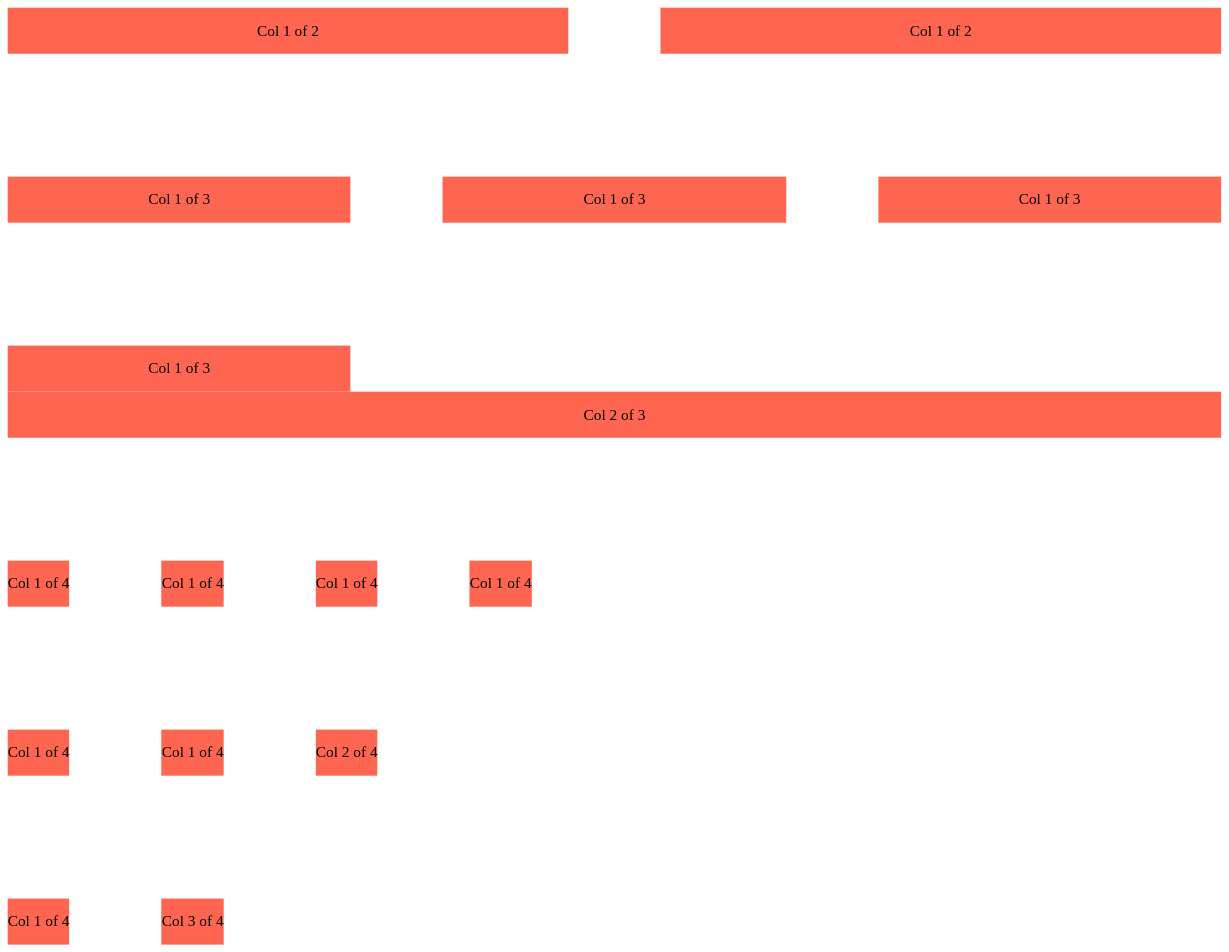
Repository: haokiet2501/grid-basic
Page: index.html
These files come from the project's save history. The page is drawn as it stood at one moment and after the next save; the edit follows.
The browser window is 1280 px wide. The pictures show the whole page, at 96% of full size.

Above is the page before, as saved 2022-08-11 18:56:29.

### index.html
<!DOCTYPE html>
<html lang="en">
<head>
    <meta charset="UTF-8">
    <meta http-equiv="X-UA-Compatible" content="IE=edge">
    <meta name="viewport" content="width=device-width, initial-scale=1.0">
    <link rel="stylesheet" href="styles.css">
    <title>GRID BASIC</title>
</head>
<body>
    <section class="grid-test">
        <div class="row">
            <div class="col-1-of-2">
                Col 1 of 2
            </div>
            <div class="col-1-of-2">
                Col 1 of 2
            </div>
        </div>

        <div class="row">
            <div class="col-1-of-3">
                Col 1 of 3
            </div>
            <div class="col-1-of-3">
                Col 1 of 3
            </div>
            <div class="col-1-of-3">
                Col 1 of 3
            </div>
        </div>

        <div class="row">
            <div class="col-1-of-3">
                Col 1 of 3
            </div>
            <div class="col-2-of-3">
                Col 2 of 3
            </div>
        </div>

        <div class="row">
            <div class="col-1-of-4">
                Col 1 of 4
            </div>
            <div class="col-1-of-4">
                Col 1 of 4
            </div>
            <div class="col-1-of-4">
                Col 1 of 4
            </div>
            <div class="col-1-of-4">
                Col 1 of 4
            </div>
        </div>

        <div class="row">
            <div class="col-1-of-4">
                Col 1 of 4
            </div>
            <div class="col-1-of-4">
                Col 1 of 4
            </div>
            <div class="col-2-of-4">
                Col 2 of 4
            </div>
        </div>

        <div class="row">
            <div class="col-1-of-4">
                Col 1 of 4
            </div>
            <div class="col-3-of-4">
                Col 3 of 4
            </div>
        </div>

    </section>
</body>
</html>

### styles.css
:root {
    --grid-width: 114rem;
    --gutter-vertical: 8rem;
    --gutter-horizonal: 6rem
}

.row {
    max-width: var(--grid-width);
    margin: 0 auto;
}

.row::after {
    content: "";
    display: table;
    clear: both;
}

.row:not(:last-child) {
    margin-bottom: var(--gutter-vertical);
}

[class^='col-'] {
    background-color: #FF6651;
    float: left;
    padding: 15px 0;
    text-align: center;
}

[class^='col-']:not(:last-child) {
    margin-right: var(--gutter-horizonal);
}

.col-1-of-2 {
    width: calc((100% - var(--gutter-horizonal)) / 2);
}

.col-1-of-3 {
    width: calc((100% - 2 * var(--gutter-horizonal)) / 3);
}

.col-2-of-3 {
    width: calc((100% ));
}

After the next save:
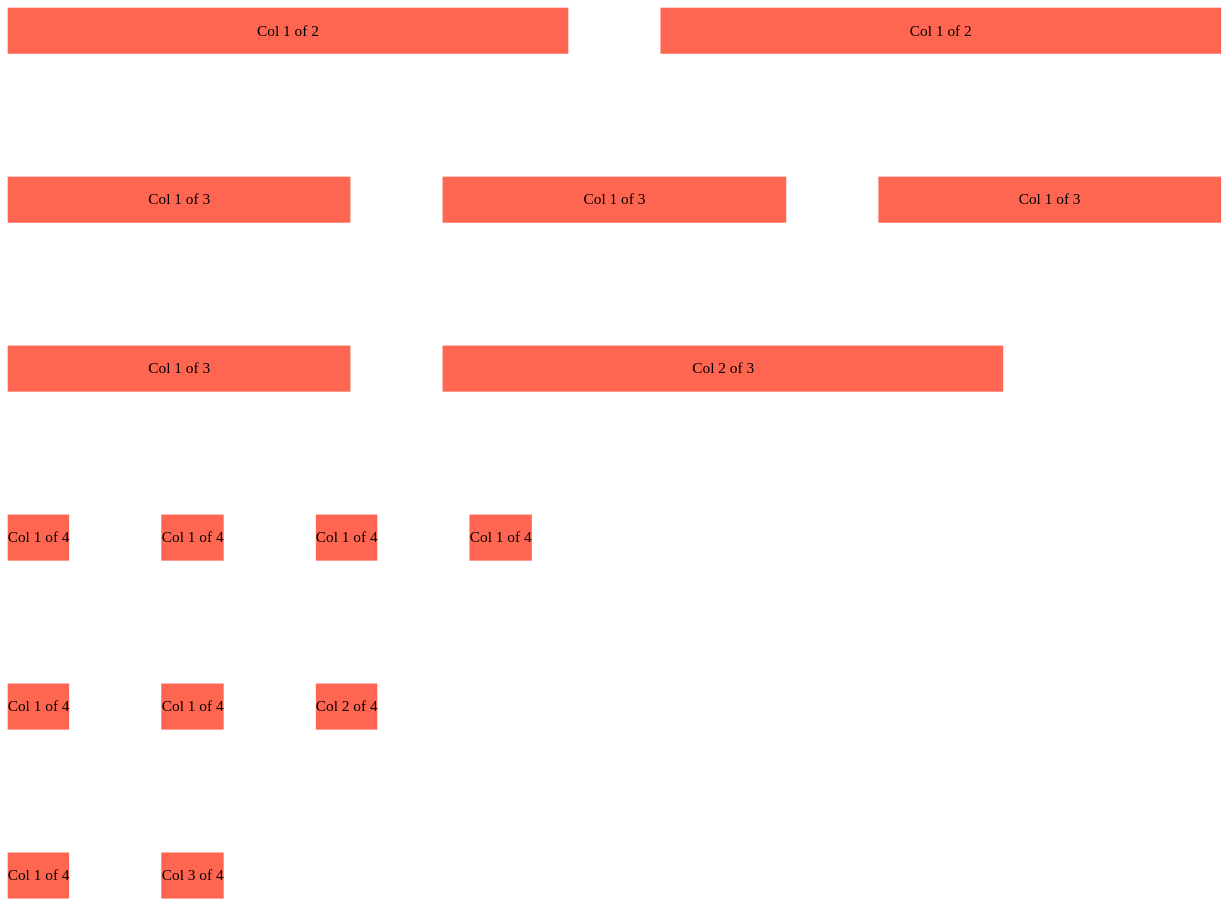
Saved 8 s later.
--- a/styles.css
+++ b/styles.css
@@ -39,5 +39,5 @@
 }
 
 .col-2-of-3 {
-    width: calc((100% ));
+    width: calc((100% - var(--gutter-horizonal)) / 2);
 }
